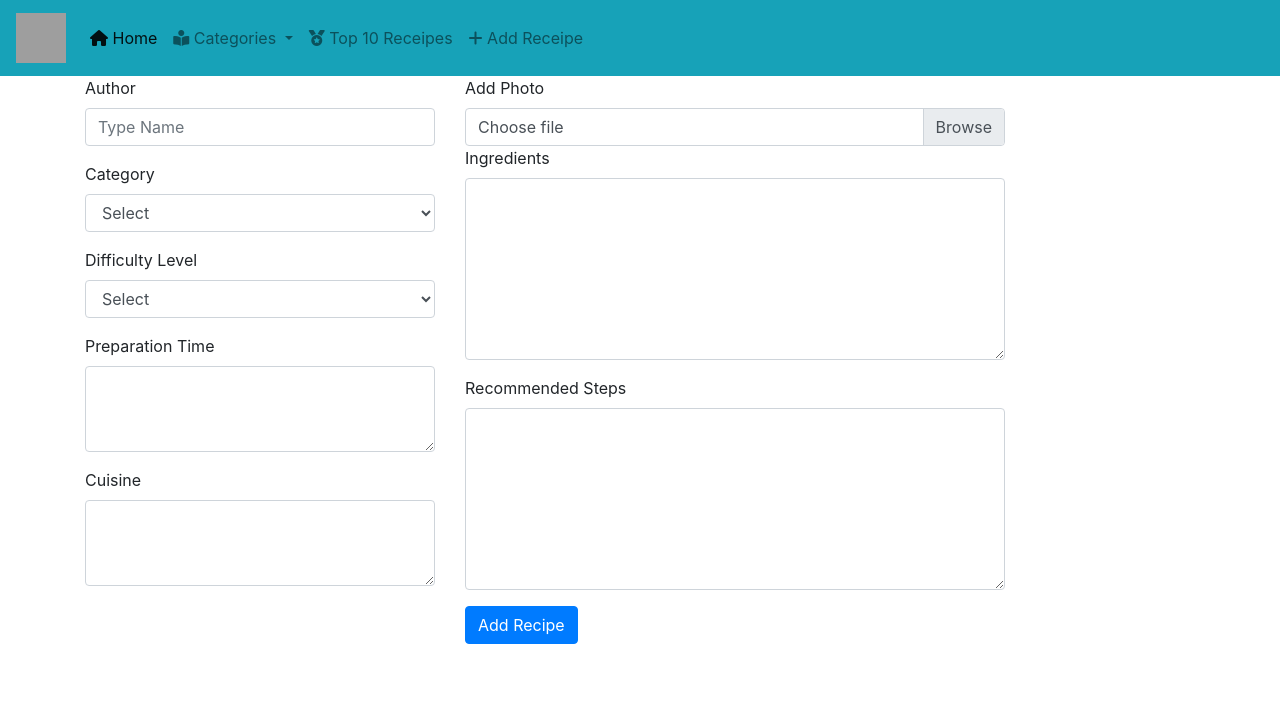
Repository: toderas/Flask-Cook-Book
Page: templates/addrecipe.html
The author's editor kept a record of every edit. The page is drawn from the files as they stood at one moment, then again after the next edit.
The browser window is 1280 px wide. The pictures show the whole page.
Pictures or frames that could not be fetched are drawn as grey boxes. Some web libraries are served in a nearby version. The page is served by the project's application, run on Flask 3 (cookbook.py). The template is opened directly, without the code that normally fills it, so the values that code supplies are empty.

Above is the page before.

### templates/addrecipe.html
{% extends 'home.html'%} {% block content %}
<div class="container">
  <form action="{{url_for('insert_recipe')}}" method="POST">
    <div class="row">
      <div class="col-12 col-md-4">
        <div class="form-group">
          <label for="exampleFormControlSelect1">Author</label>
          <input type="text" class="form-control" id="dish_author" name="dish_author" placeholder="Type Name">
        </div>
        <div class="form-group">
          <label for="exampleFormControlSelect1">Category</label>
          <select class="form-control" id="categories" name="category_name">
      <option value="" selected disabled>Select</option>
       {% for course in categories %}
                      <option value="{{course.category_name}}">{{course.category_name}}</option>
                  {% endfor %}
    </select>
        </div>
        <div class="form-group">
          <label for="dish_required_skill">Difficulty Level</label>
          <select class="form-control" id="dish_required_skill">
      <option selected disabled>Select</option>
      <option value="dish_required_skill">Easy</option>
      <option value="dish_required_skill">Medium</option>
      <option value="dish_required_skill">Advanced</option>
    </select>
        </div>

        <div class="form-group">
          <label for="exampleFormControlTextarea1">Preparation Time</label>
          <textarea class="form-control" name="dish_prep_time" id="exampleFormControlTextarea1" rows="3"></textarea>
        </div>
        <div class="form-group">
          <label for="exampleFormControlTextarea1">Cuisine</label>
          <textarea class="form-control" id="exampleFormControlTextarea1" rows="3"></textarea>
        </div>

      </div>
      <div class="col-md-6">
        <label for="exampleFormControlTextarea1">Add Photo</label>
        <div class="custom-file">
          <input type="file" class="custom-file-input" id="customFile">
          <label class="custom-file-label" for="customFile">Choose file</label>
        </div>
        <div class="form-group">
          <label for="exampleFormControlTextarea1">Ingredients</label>
          <textarea class="form-control" name="dish_ingredients" id="exampleFormControlTextarea1" rows="7"></textarea>
        </div>
        <div class="form-group">
          <label for="exampleFormControlTextarea1">Recommended Steps</label>
          <textarea class="form-control" name="dish_preparation_steps" id="exampleFormControlTextarea1" rows="7"></textarea>
        </div>
        <button class="btn btn-primary" type="submit">Add Recipe</button>
      </div>
     </div>
  </form>

</div>

{% endblock %}

### templates/home.html
<!DOCTYPE html>
<html lang="en">
<head>
    <meta charset="UTF-8">
    <meta name="viewport" content="width=device-width, initial-scale=1.0">
    <meta http-equiv="X-UA-Compatible" content="ie=edge">
    <!--CSS-->
   <link rel="stylesheet" href="{{url_for('static', filename='css/style.css')}}" type="text/css" />
    <!--Bootstrap-->
   <link rel="stylesheet" href="https://stackpath.bootstrapcdn.com/bootstrap/4.1.3/css/bootstrap.min.css" integrity="sha384-MCw98/SFnGE8fJT3GXwEOngsV7Zt27NXFoaoApmYm81iuXoPkFOJwJ8ERdknLPMO" crossorigin="anonymous">

    <title>Document</title>
</head>
<body>
 <nav class="navbar navbar-expand-lg navbar-light bg-info">
  <a class="navbar-brand" href="{{url_for('recipes')}}"><img class="logo-image" alt="chef logo" src="https://encrypted-tbn0.gstatic.com/images?q=tbn:ANd9GcRTUhnKjobAOjmlVUzxfUoGj2VBu2mOXKPmnmZjkuTfKeNhWaxOfg"></img></a>
  <button class="navbar-toggler" type="button" data-toggle="collapse" data-target="#navbarNavDropdown" aria-controls="navbarNavDropdown" aria-expanded="false" aria-label="Toggle navigation">
    <span class="navbar-toggler-icon"></span>
  </button>
  <div class="collapse navbar-collapse" id="navbarNavDropdown">
    <ul class="navbar-nav">
      <li class="nav-item active">
        <a class="nav-link" href="{{url_for('recipes')}}"> <i class="fas fa-home"></i> Home <span class="sr-only">(current)</span></a>
      </li>
      <li class="nav-item dropdown">
        <a class="nav-link dropdown-toggle" href="#" id="navbarDropdownMenuLink" role="button" data-toggle="dropdown" aria-haspopup="true" aria-expanded="false">
           <i class="fas fa-book-reader"></i> Categories
        </a>
        <div class="dropdown-menu" aria-labelledby="navbarDropdownMenuLink">
          <a class="dropdown-item" href="{{url_for('aperitif')}}">Aperitifs</a>
          <a class="dropdown-item" href="{{url_for('starter')}}">Starters</a>
          <a class="dropdown-item" href="{{url_for('intermediate')}}">Intermediate</a>
          <a class="dropdown-item" href="{{url_for('main')}}">Mains</a>
          <a class="dropdown-item" href="{{url_for('dessert')}}">Desserts</a>
        </div>
      </li>
      <li class="nav-item">
        <a class="nav-link" href="#"> <i class="fas fa-medal"></i> Top 10 Receipes</a>
      </li>
      <li class="nav-item">
        <a class="nav-link" href="{{url_for('addrecipe')}}"><i class="fas fa-plus"></i> Add Receipe</a>
      </li>
    </ul>
  </div>
</nav>
 {% block content %} {% endblock %}

</body>
<!--Font Awesome-->
<script src="https://kit.fontawesome.com/9e425c7d13.js"></script>
<!--Bootstrap js-->
<script src="https://code.jquery.com/jquery-3.3.1.slim.min.js" integrity="sha384-q8i/X+965DzO0rT7abK41JStQIAqVgRVzpbzo5smXKp4YfRvH+8abtTE1Pi6jizo" crossorigin="anonymous"></script>
<script src="https://cdnjs.cloudflare.com/ajax/libs/popper.js/1.14.3/umd/popper.min.js" integrity="sha384-ZMP7rVo3mIykV+2+9J3UJ46jBk0WLaUAdn689aCwoqbBJiSnjAK/l8WvCWPIPm49" crossorigin="anonymous"></script>
<script src="https://stackpath.bootstrapcdn.com/bootstrap/4.1.3/js/bootstrap.min.js" integrity="sha384-ChfqqxuZUCnJSK3+MXmPNIyE6ZbWh2IMqE241rYiqJxyMiZ6OW/JmZQ5stwEULTy" crossorigin="anonymous"></script>
</html>

### cookbook.py
import os
from flask import Flask, render_template, redirect, request, url_for, request
from flask_pymongo import PyMongo
from bson.objectid import ObjectId

app=Flask(__name__)

app.config["MONGO_DBNAME"] = 'cook-book'
app.config["MONGO_URI"] = 'mongodb+srv://tode:1Martie1998@myfirstcluster-dxyoc.mongodb.net/cook-book?retryWrites=true&w=majority'

mongo = PyMongo(app)



@app.route("/")
def hello():
    return "Hello World!"



if __name__ == '__main__':
    app.run(host=os.environ.get('IP'),
            port=int(os.environ.get('PORT')),
            debug=True)

#if __name__ == '__main__':
  #  app.run(host='0.0.0.0', port=8080, debug=True)

### static/css/style.css
.logo-image {
    width: 50px;
    height: 50px;
}
.list-inline-item:not(:last-child) {
    margin: 0 !important;
}

After the next edit:
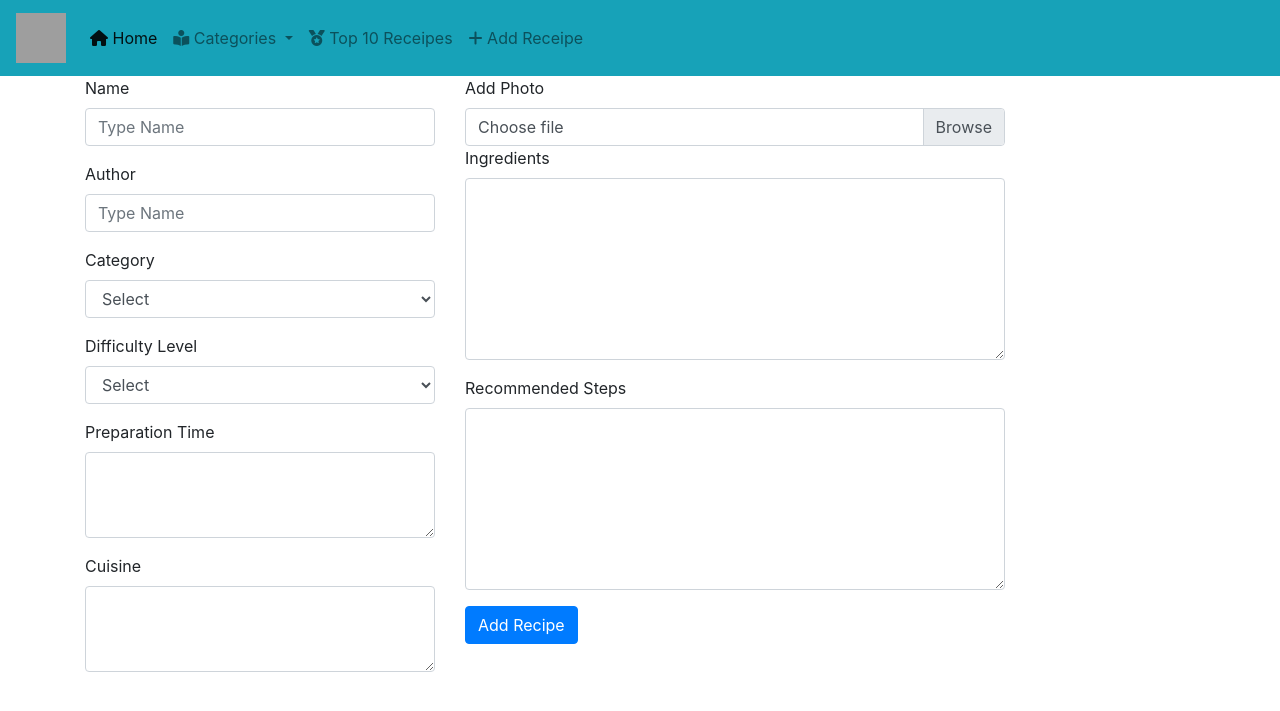
The edit:
--- a/templates/addrecipe.html
+++ b/templates/addrecipe.html
@@ -3,6 +3,10 @@
   <form action="{{url_for('insert_recipe')}}" method="POST">
     <div class="row">
       <div class="col-12 col-md-4">
+        <div class="form-group">
+          <label for="exampleFormControlSelect1">Name</label>
+          <input type="text" class="form-control" id="dish_name" name="dish_author" placeholder="Type Name">
+        </div>
         <div class="form-group">
           <label for="exampleFormControlSelect1">Author</label>
           <input type="text" class="form-control" id="dish_author" name="dish_author" placeholder="Type Name">
